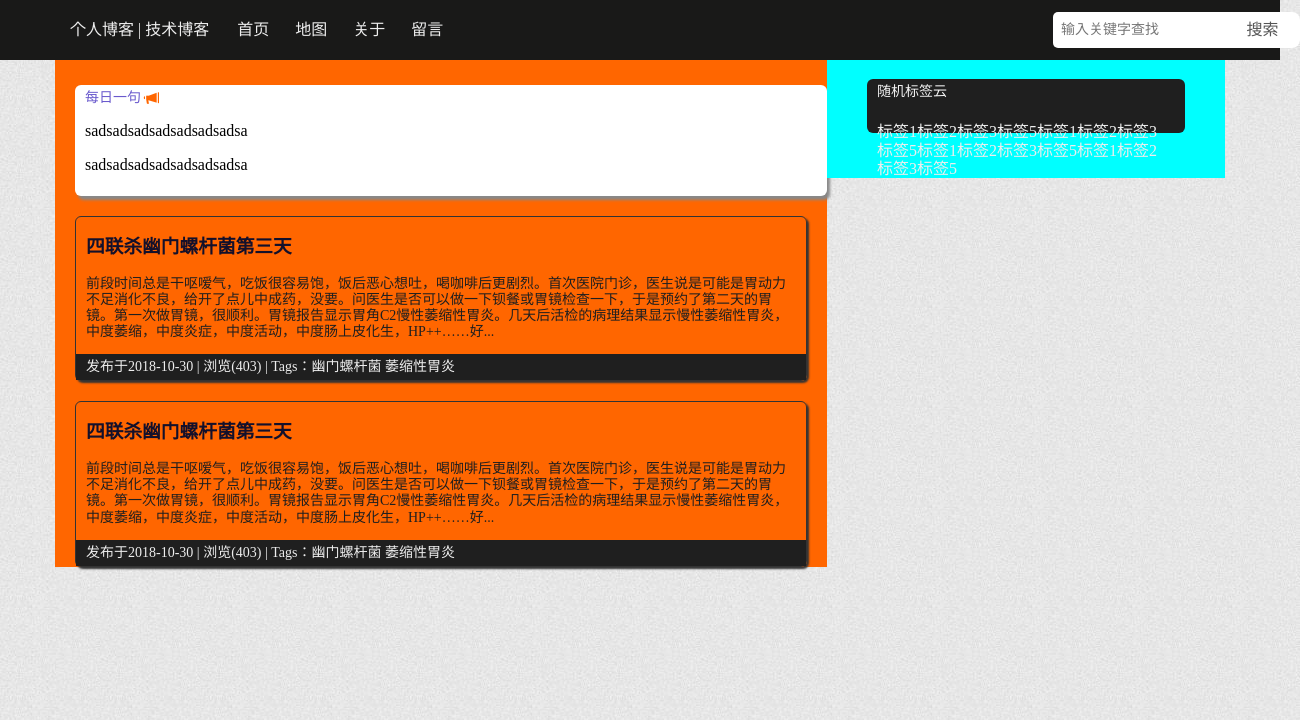
Repository: li1214/my_blog
Page: page/index.html
An editor plug-in stored every save of this project. The page is shown before and after the next save, followed by the edit.
The browser window is 1280 px wide. The page is 1300 px wide, so the pictures cover 1300 px, including what lies to the right of the window. The pictures show the whole page.

Above is the page before, as saved 2019-01-04 10:40:27.

### page/index.html
<!DOCTYPE html>
<html lang="en">
<head>
    <meta charset="UTF-8">
    <meta name="viewport" content="width=device-width, initial-scale=1.0">
    <meta http-equiv="X-UA-Compatible" content="ie=edge">
    <title>个人博客</title>
    <link href='./css/base.css' rel='stylesheet' type='text/css'>
    <link href="./css/index.css" rel='stylesheet' type='text/css'>
</head>
<body>
    <header>
        <div class='container'>
            <a>个人博客 | 技术博客</a>
            <ul>
                <li><a href="">首页</a></li>
                <li><a href="">地图</a></li>
                <li><a href="">关于</a></li>
                <li><a href="">留言</a></li>
            </ul>
            <div class='search'>
                <input type="text" placeholder="输入关键字查找">
                <button>搜索</button>
            </div>
        </div>
    </header>
    <div class='content'>
        <div class='content-left'>
            <div class='every-day'>
                <span>每日一句</span>
                <p>sadsadsadsadsadsadsadsa</p>
                <p>sadsadsadsadsadsadsadsa</p>
            </div>
            <div class='blog-list'>
                <div class='blog'>
                    <a><h3>四联杀幽门螺杆菌第三天</h3></a>
                    <p>前段时间总是干呕嗳气，吃饭很容易饱，饭后恶心想吐，喝咖啡后更剧烈。首次医院门诊，医生说是可能是胃动力不足消化不良，给开了点儿中成药，没要。问医生是否可以做一下钡餐或胃镜检查一下，于是预约了第二天的胃镜。第一次做胃镜，很顺利。胃镜报告显示胃角C2慢性萎缩性胃炎。几天后活检的病理结果显示慢性萎缩性胃炎，中度萎缩，中度炎症，中度活动，中度肠上皮化生，HP++……好...</p>
                    <div class='blog-foot'>
                        发布于2018-10-30 | 浏览(403) | Tags：幽门螺杆菌 萎缩性胃炎
                    </div>
                </div>
                <div class='blog'>
                    <a>
                        <h3>四联杀幽门螺杆菌第三天</h3>
                    </a>
                    <p>前段时间总是干呕嗳气，吃饭很容易饱，饭后恶心想吐，喝咖啡后更剧烈。首次医院门诊，医生说是可能是胃动力不足消化不良，给开了点儿中成药，没要。问医生是否可以做一下钡餐或胃镜检查一下，于是预约了第二天的胃镜。第一次做胃镜，很顺利。胃镜报告显示胃角C2慢性萎缩性胃炎。几天后活检的病理结果显示慢性萎缩性胃炎，中度萎缩，中度炎症，中度活动，中度肠上皮化生，HP++……好...</p>
                    <div class='blog-foot'>
                        发布于2018-10-30 | 浏览(403) | Tags：幽门螺杆菌 萎缩性胃炎
                    </div>
                </div>
            </div>
        </div>
        <div class='content-right'>
            <div class='right-box'>
                <h4>随机标签云</h4>
                <div class='contents'>
                    <a>标签1</a>
                    <a>标签2</a>
                    <a>标签3</a>
                    <a>标签5</a>
                    <a>标签1</a>
                    <a>标签2</a>
                    <a>标签3</a>
                    <a>标签5</a>
                    <a>标签1</a>
                    <a>标签2</a>
                    <a>标签3</a>
                    <a>标签5</a>
                    <a>标签1</a>
                    <a>标签2</a>
                    <a>标签3</a>
                    <a>标签5</a>
                </div>
            </div>
            <div class='right-box'></div>
            <div class='right-box'></div>
            <div class='right-box'></div>
        </div>
    </div>
    <footer></footer>
</body>
</html>

### page/css/base.css
html {line-height: 1.15; /* 1 */-webkit-text-size-adjust: 100%; /* 2 */}
body {margin: 0;}
@font-face{
    font-family: 'myicon';
    src: url('../font/glyphicons-halflings-regular.woff2')
}
main {
  display: block;
}
h1 {
  font-size: 2em;
  margin: 0.67em 0;
}
hr {
  box-sizing: content-box; /* 1 */
  height: 0; /* 1 */
  overflow: visible; /* 2 */
}
pre {
  font-family: monospace, monospace; /* 1 */
  font-size: 1em; /* 2 */
}
a {
  background-color: transparent;
}
abbr[title] {
  border-bottom: none; /* 1 */
  text-decoration: underline; /* 2 */
  text-decoration: underline dotted; /* 2 */
}
b,
strong {
  font-weight: bolder;
}
code,
kbd,
samp {
  font-family: monospace, monospace; /* 1 */
  font-size: 1em; /* 2 */
}
small {
  font-size: 80%;
}
sub,
sup {
  font-size: 75%;
  line-height: 0;
  position: relative;
  vertical-align: baseline;
}
sub {
  bottom: -0.25em;
}
sup {
  top: -0.5em;
}
img {
  border-style: none;
}
button,
input,
optgroup,
select,
textarea {
  font-family: inherit; /* 1 */
  font-size: 100%; /* 1 */
  line-height: 1.15; /* 1 */
  margin: 0; /* 2 */
}
button,
input { /* 1 */
  overflow: visible;
}
button,
select { /* 1 */
  text-transform: none;
}
button,
[type="button"],
[type="reset"],
[type="submit"] {
  -webkit-appearance: button;
}
button::-moz-focus-inner,
[type="button"]::-moz-focus-inner,
[type="reset"]::-moz-focus-inner,
[type="submit"]::-moz-focus-inner {
  border-style: none;
  padding: 0;
}
button:-moz-focusring,
[type="button"]:-moz-focusring,
[type="reset"]:-moz-focusring,
[type="submit"]:-moz-focusring {
  outline: 1px dotted ButtonText;
}
fieldset {
  padding: 0.35em 0.75em 0.625em;
}
legend {
  box-sizing: border-box; /* 1 */
  color: inherit; /* 2 */
  display: table; /* 1 */
  max-width: 100%; /* 1 */
  padding: 0; /* 3 */
  white-space: normal; /* 1 */
}
progress {
  vertical-align: baseline;
}
textarea {
  overflow: auto;
}

[type="checkbox"],
[type="radio"] {
  box-sizing: border-box; /* 1 */
  padding: 0; /* 2 */
}
[type="number"]::-webkit-inner-spin-button,
[type="number"]::-webkit-outer-spin-button {
  height: auto;
}

[type="search"] {
  -webkit-appearance: textfield; /* 1 */
  outline-offset: -2px; /* 2 */
}

[type="search"]::-webkit-search-decoration {
  -webkit-appearance: none;
}
::-webkit-file-upload-button {
  -webkit-appearance: button; /* 1 */
  font: inherit; /* 2 */
}
details {
  display: block;
}
summary {
  display: list-item;
}
template {
  display: none;
}
[hidden] {
  display: none;
}
a{text-decoration: none;}
/* ========================================================== css reset ========================================================== */

body {
    width: 100%;
    height: 100%;
    background-image: url(../image/bg.jpg);
    background-repeat: repeat;
    overflow-x: hidden;
}

header{
    width: 100%;
    height: 60px;
    background-color: #191918;
}
header .container {
    width:1170px;
    height: 100%;
    margin: 0 auto;
}
header .container>a{
    display: block;
    float: left;
    color: #eee;
    line-height: 60px;
    margin: 0 15px;
    font-size: 16px;
}
header .container>ul{
    float: left;
    margin: 0;
    padding: 0;
}
header .container>ul>li{
    display: inline-block;
    float: left;
}
header .container>ul>li a{
    color: #eee;
    display: inline-block;
    height: 60px;
    width: 58px;
    line-height: 60px;
    text-align: center;
}
header .container .search{
    float: right;
    height: 100%;
    position: relative;
}
header .container .search>input{
    display: inline-block;
    position: absolute;
    height: 26px;
    padding: 5px 8px;
    border-radius: 5px;
    border:none;
    outline: none;
    font-size: 14px;
    margin-top: 12px;
    left: -172px;
}
header .container .search > button{
    outline: none;
    display: inline-block;
    position: absolute;
    width: 75px;
    height: 36px;
    padding: 5px 10px;
    border-radius: 8px;
    margin-top: 12px;
    cursor: pointer;
    color: #555;
    background-color: white;
    border: none;
}
/* ============================================================== header end ===================================================================== */
.content {
    width: 1170px;
    margin: 0 auto;
    position: relative;
}
.content .content-left{
    float: left;
    width: 66%;
    box-sizing: border-box;
    padding: 0 20px;
    background: #f60;
}
.content .content-right{
    float: right;
    width: 34%;
    box-sizing: border-box;
    background-color: aqua;
}
.right-box{
    background-color: #1f1f1f;
    margin-top: 20px;
    width: 80%;
    margin: 0 auto;
    box-sizing: border-box;
    border-radius: 6px;
}
.right-box h4 {
    color: #f4f4f4;
    font-weight: normal;
    padding: 5px 10px;
    font-size: 14px;
}
.right-box .contents{
    color: #eee;
    padding: 0 10px 10px 10px;
}
/* .right-box .contents a::after{
    display: block;
    content: '';
    overflow: hidden;
    clear: both;
    position: absolute;
} */
.right-box .contents>a{
    display: inline-block;
    float: left;
}

### page/css/index.css

.every-day{
    background-color: white;
    text-align: left;
    width: 100%;
    border-radius: 6px;
    padding: 5px 10px;
    box-shadow: 3px 4px 3px #888;
    margin-top: 25px;
}
.every-day span::before{
    font-family: myicon;
    content:'\e122';
    font-size: 14px;
    color: #f60;
    position: absolute;
    display: block;
    left: 90px;
}
.every-day > span{
    font-size: 14px;
    display: block;
    margin-bottom: 5px;
    color: slateblue;
}
.every-day > p{
    /* zuanwu */
}

.blog-list{
    width: 100%;
    position: relative;
}
.blog-list .blog{
    width: 100%;
    border:1px solid #333;
    border-radius: 6px;
    box-sizing: border-box;
    margin-top: 20px;
    box-shadow: 2px 2px 2px #333;
}
.blog-list .blog h3 {
    padding: 0 10px;
    color: #13102b;
    transition: color 0.5s;
}
.blog-list .blog h3:hover{color: #337ab7;cursor: pointer;}
.blog-list .blog p{padding: 0 10px;font-size: 14px;color: #1f1f1f;}
.blog-list .blog .blog-foot{
    background-color: #1f1f1f;
    padding: 5px 10px;
    color: #eee;
    font-size: 14px;
}

After the next save:
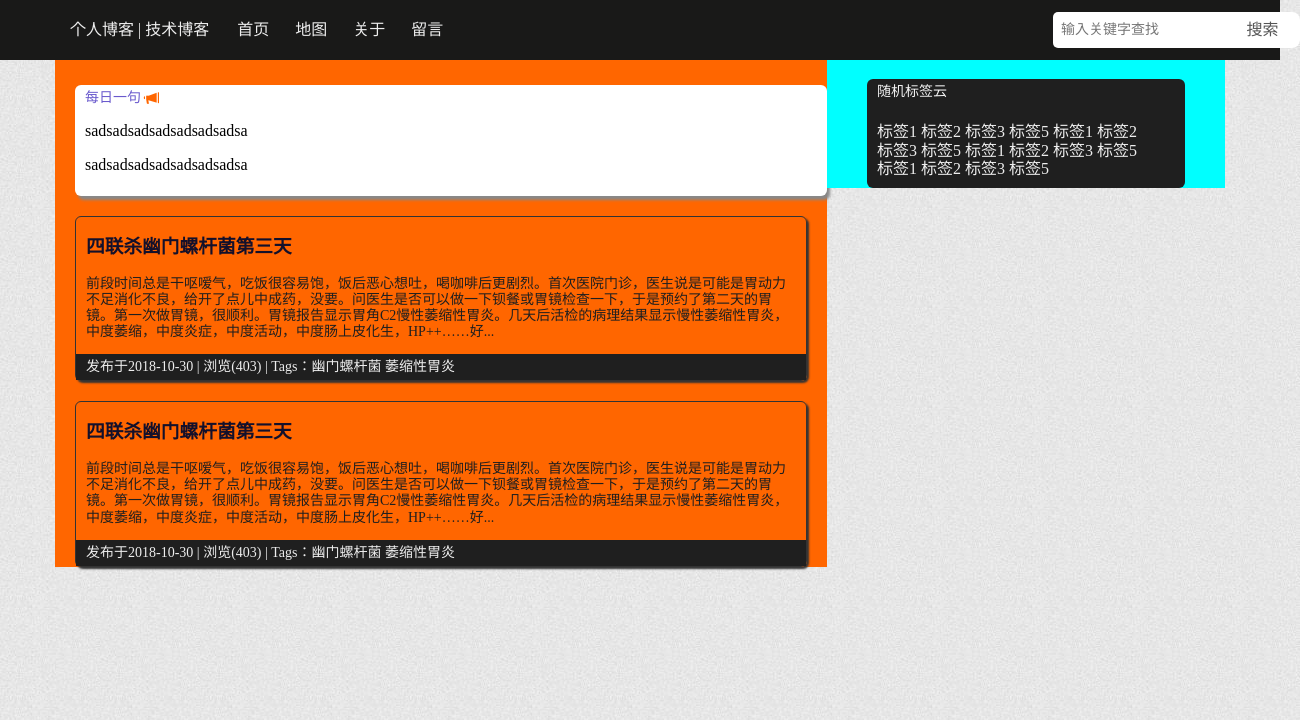
Saved 4 s later.
--- a/page/css/base.css
+++ b/page/css/base.css
@@ -269,5 +269,4 @@ header .container .search > button{
 } */
 .right-box .contents>a{
     display: inline-block;
-    float: left;
-}
+}
